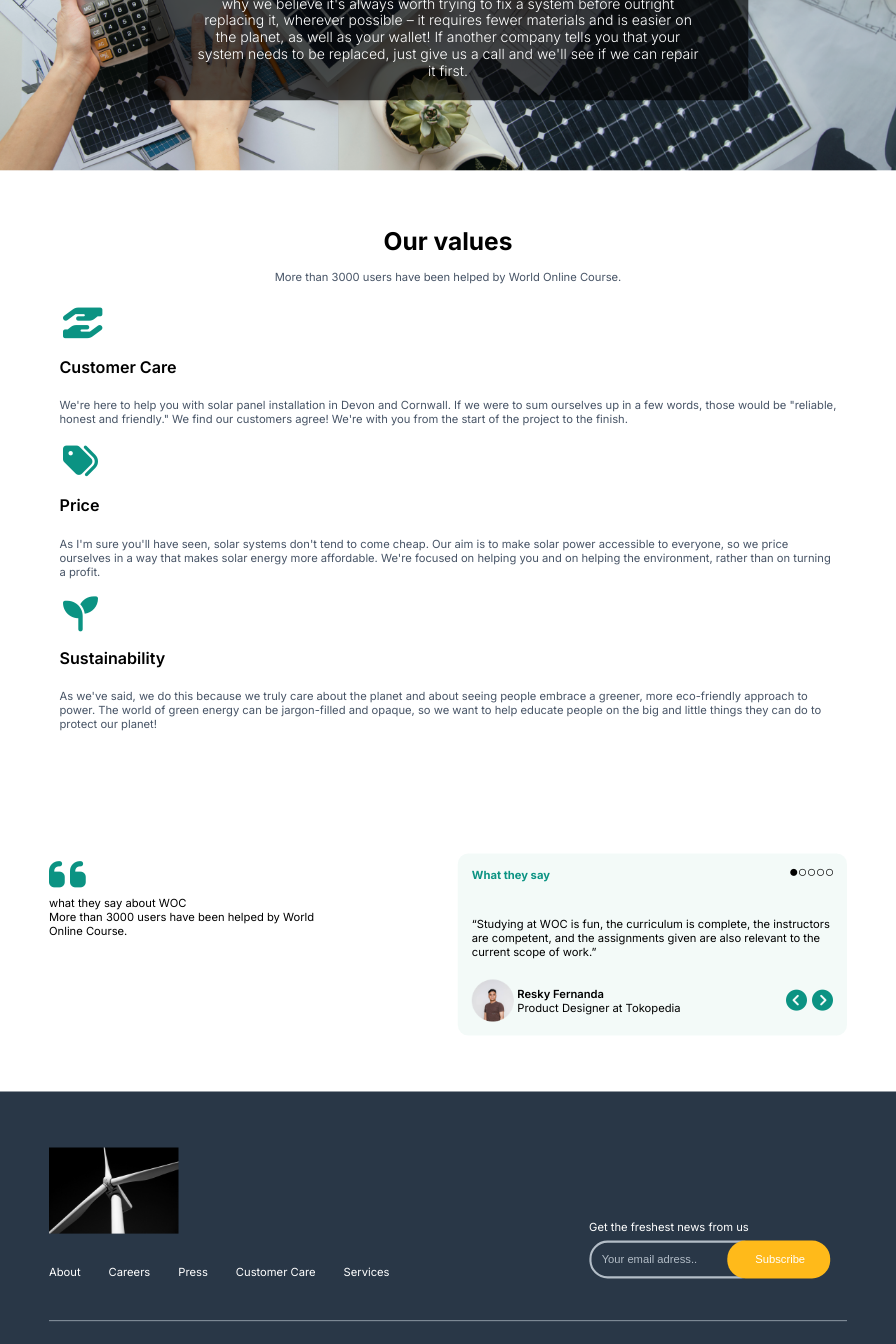
Repository: zeinawady/Solar-Company-Template
Page: index.html
These files come from the project's save history. The page is drawn as it stood at one moment and after a run of saves; the edit follows.
The browser window is 1280 px wide. The pictures show the part of the page from y = 2916 to 4836 px (the page is 4942 px tall before and 4982 px after), at 70% of full size.
Some web fonts or font styles are not loaded; a fallback is used.

Above is the page before, as saved 2024-09-21 14:53:49.

After the next 2 saves:
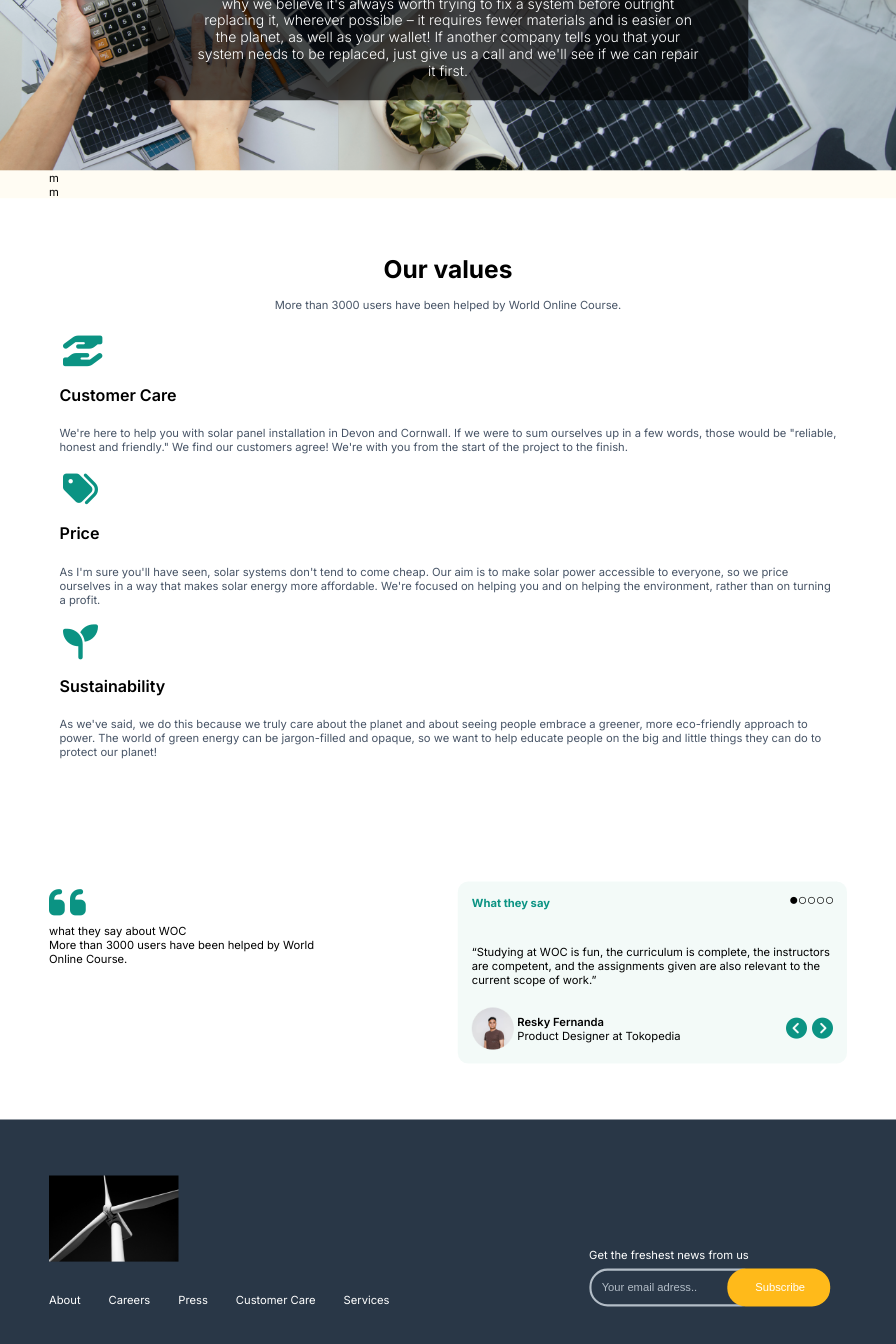
The 2 saves are shown as one change because they came seconds apart.
The last was saved 14 s later.
--- a/index.html
+++ b/index.html
@@ -187,8 +187,8 @@
    <!-- start energy -->
     <div class="energy">
         <div class="container">
-            <div class="energy-text"></div>
-            <div class="energy-cards"></div>
+            <div class="energy-text">m</div>
+            <div class="energy-cards">m</div>
         </div>
     </div>
     <!-- end energy -->
